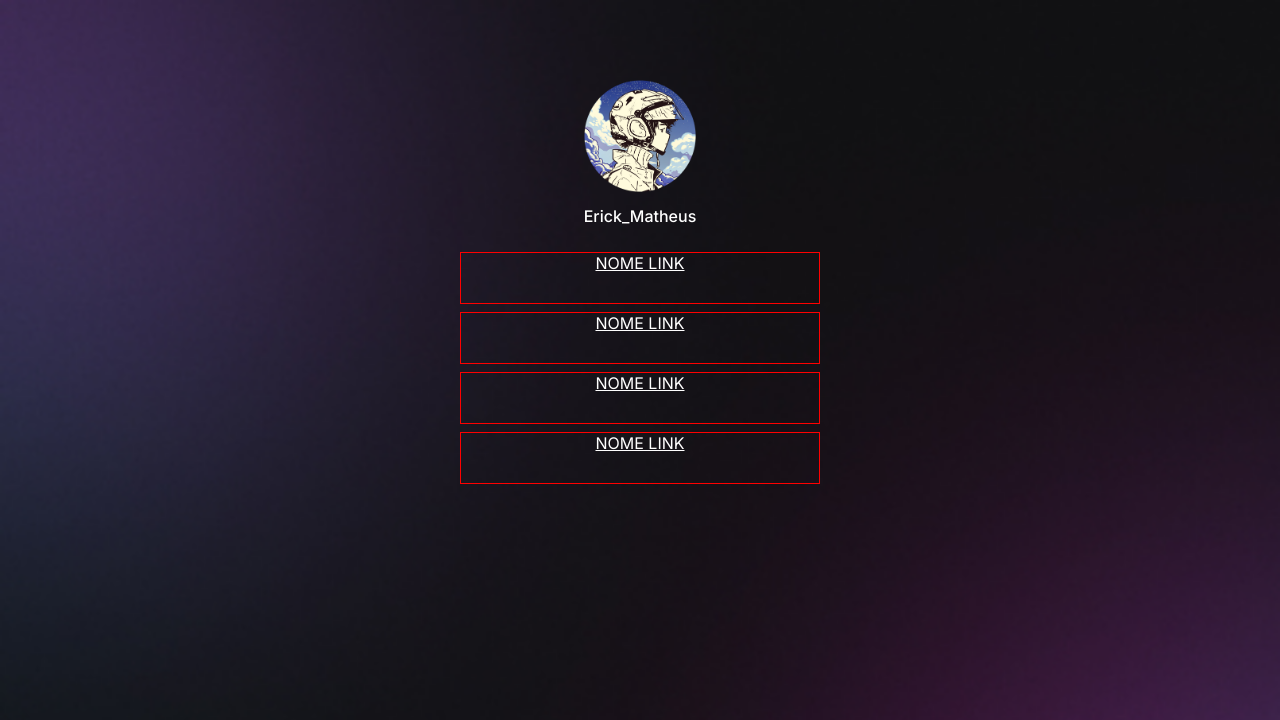
Repository: e-rickmatheus/project_dev_links
Page: index.html
The author's editor kept a copy of each file at every save. The page is drawn from the files as they stood at one save, then again after a run of saves.
The browser window is 1280 px wide. The pictures show the whole page.

Above is the page before, as saved 2025-04-02 20:44:43.

After the next 2 saves:
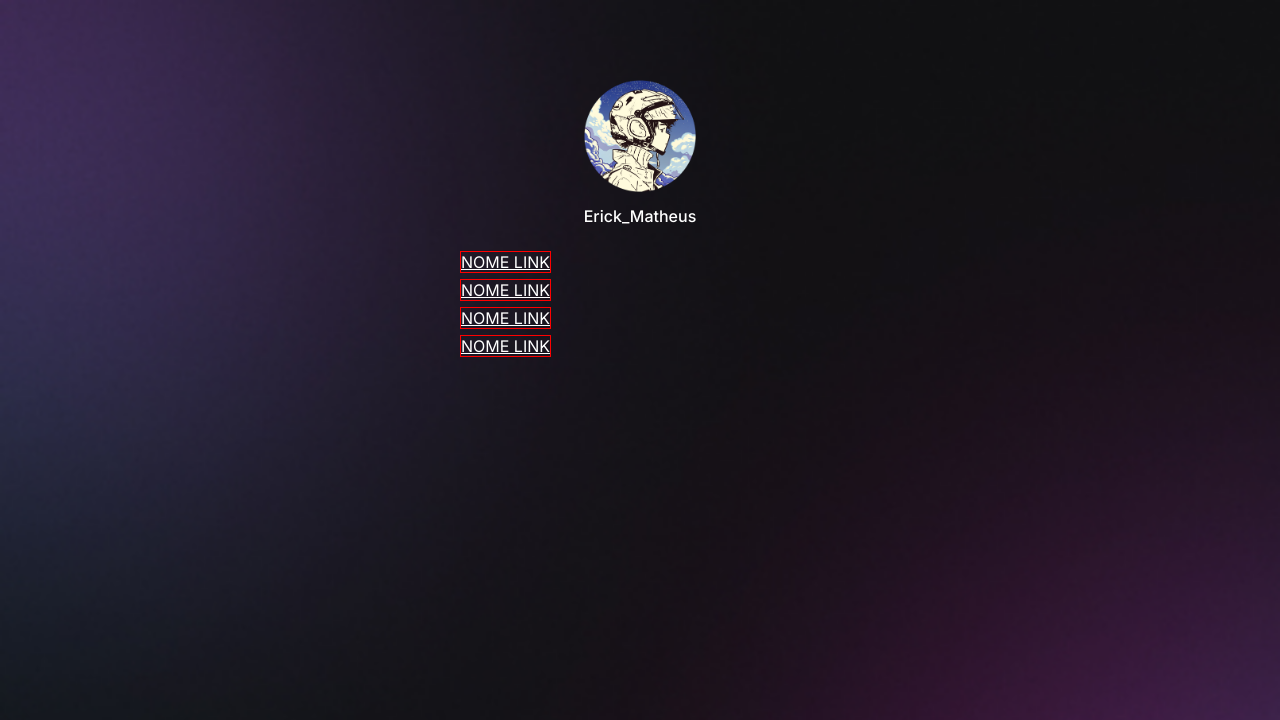
The 2 saves are shown as one change because they came seconds apart.
The last was saved 24 s later.
--- a/style.css
+++ b/style.css
@@ -57,7 +57,7 @@
 }
 
 ul li a {
-  display: flex;
+  display: center;
   justify-content: center;
   height: 52px;
   border: 1px solid red;

After the save that followed:
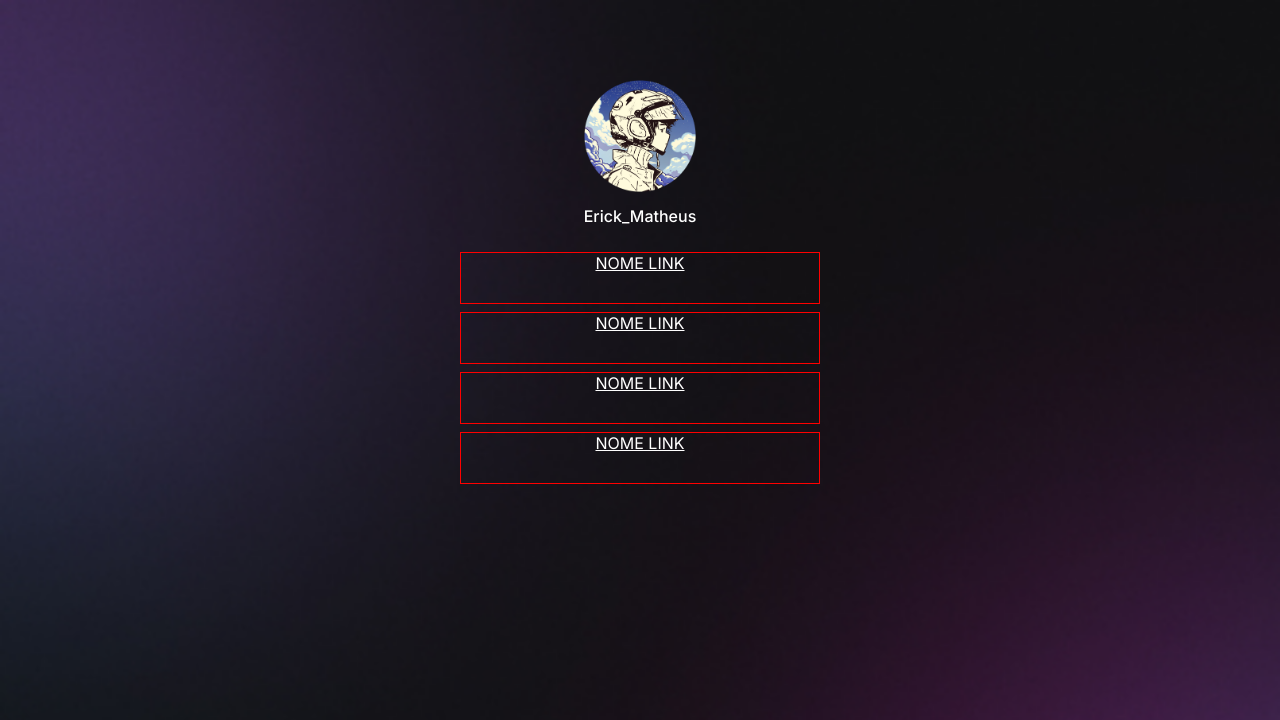
Saved 6 s later.
--- a/style.css
+++ b/style.css
@@ -57,7 +57,7 @@
 }
 
 ul li a {
-  display: center;
+  display: flex;
   justify-content: center;
   height: 52px;
   border: 1px solid red;
